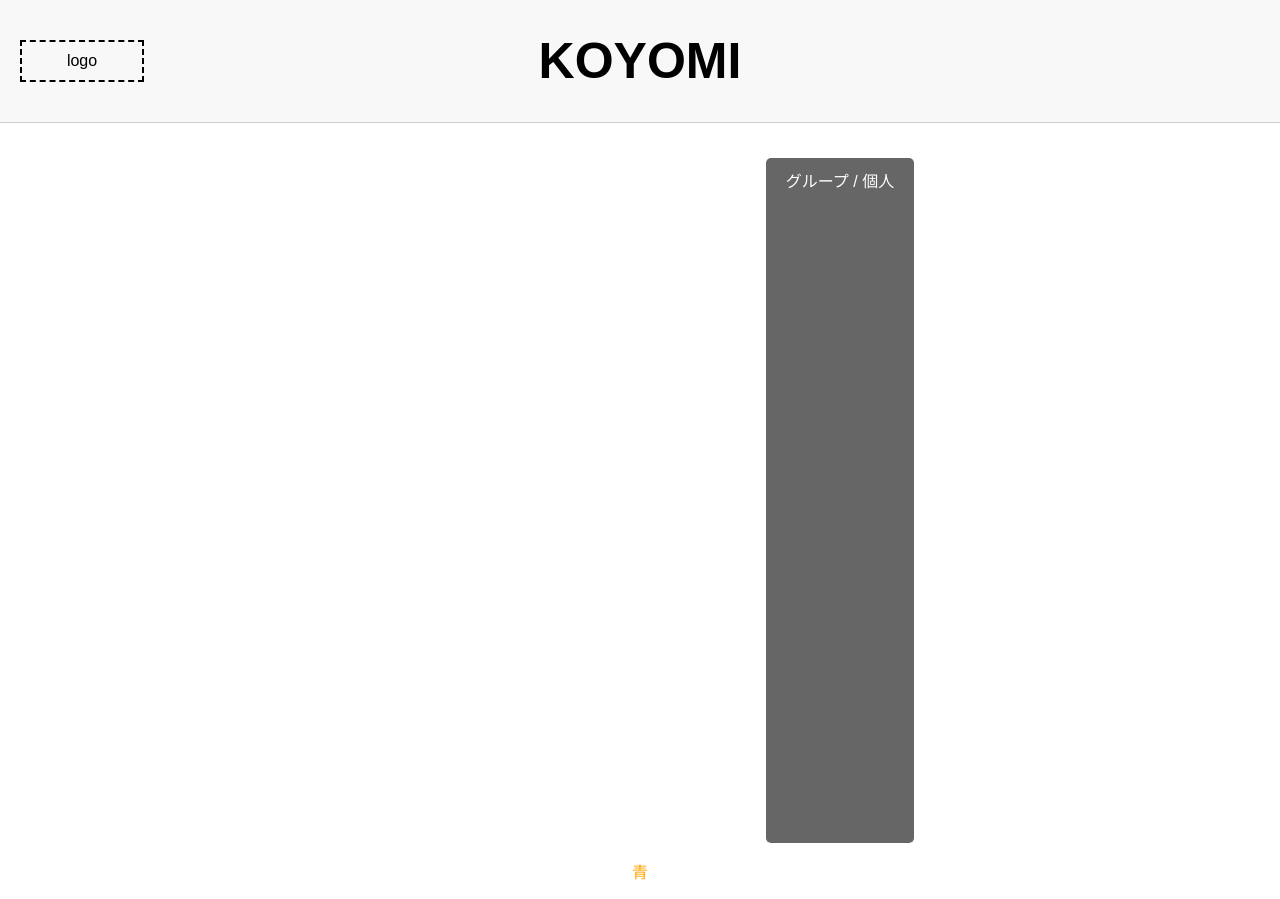
Repository: teramu0602/koyomi
Page: http://localhost/grouplist
An editor plug-in stored every save of this project. The page is shown before and after the next save, followed by the edit.
The browser window is 1280 px wide. The pictures show the whole page.
Some web fonts or font styles are not loaded; a fallback is used. The page is served by the project's Laravel application, run on PHP 8.4 with Laravel 9. Style sheets and scripts are compiled from the project's sources, by tool versions that may differ from the author's.

Above is the page before, as saved 2025-02-22 10:11:22.

After the next save:
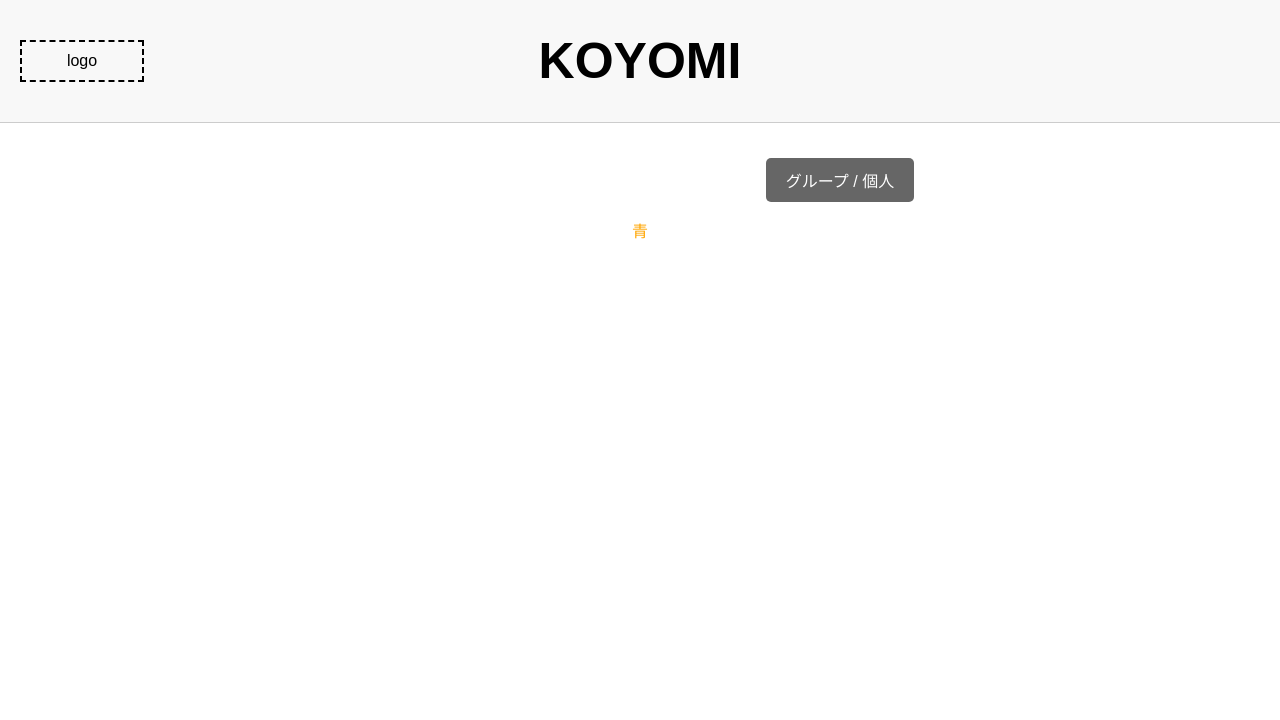
Saved 18 s later.
--- a/public/css/common.admin.css
+++ b/public/css/common.admin.css
@@ -8,7 +8,7 @@ html, body {
     display: flex;
     justify-content: center; /* 水平中央に配置 */
 
-    height: 100vh; /* 親要素の高さを画面全体に */
+
 }
 
 button {
